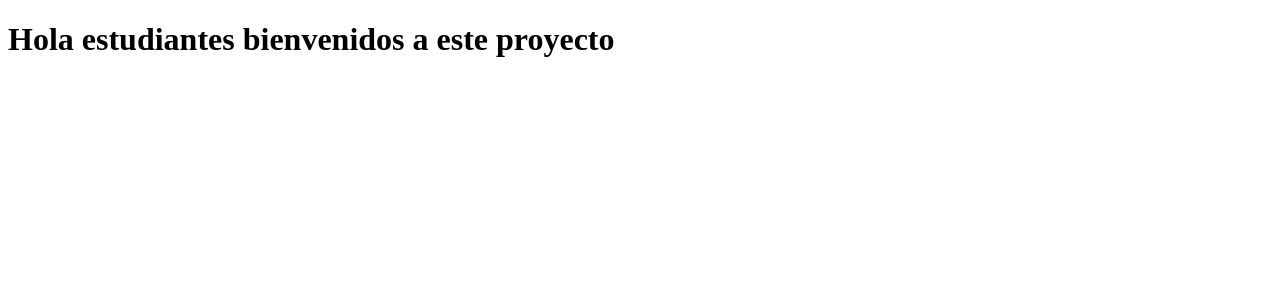
Repository: 1Ferla/myweb2
Page: web2.html
An editor plug-in stored every save of this project. The page is shown before and after the next save, followed by the edit.
The browser window is 1280 px wide. The pictures show the whole page.

Above is the page before, as saved 2024-02-15 17:51:59.

After the next save:
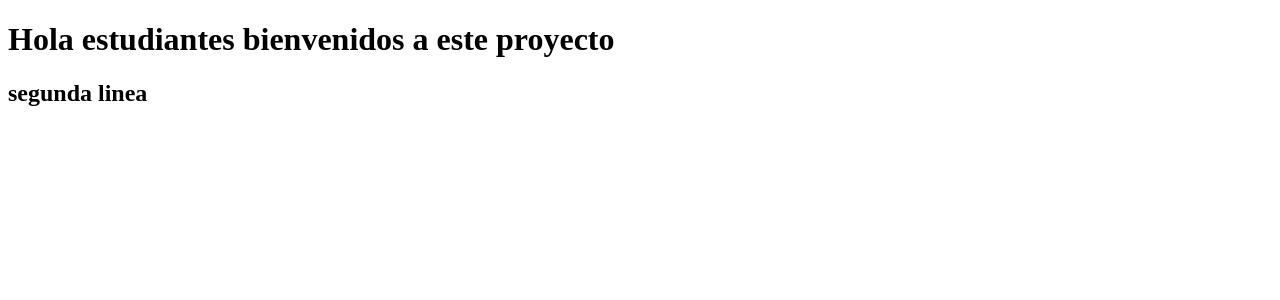
Saved 17 min 4 s later.
--- a/web2.html
+++ b/web2.html
@@ -8,6 +8,9 @@
             <h1>
                 Hola estudiantes bienvenidos a este proyecto
             </h1>
+            <h2>
+                segunda linea
+            </h2>
         </div>
     </body>
 </html>
